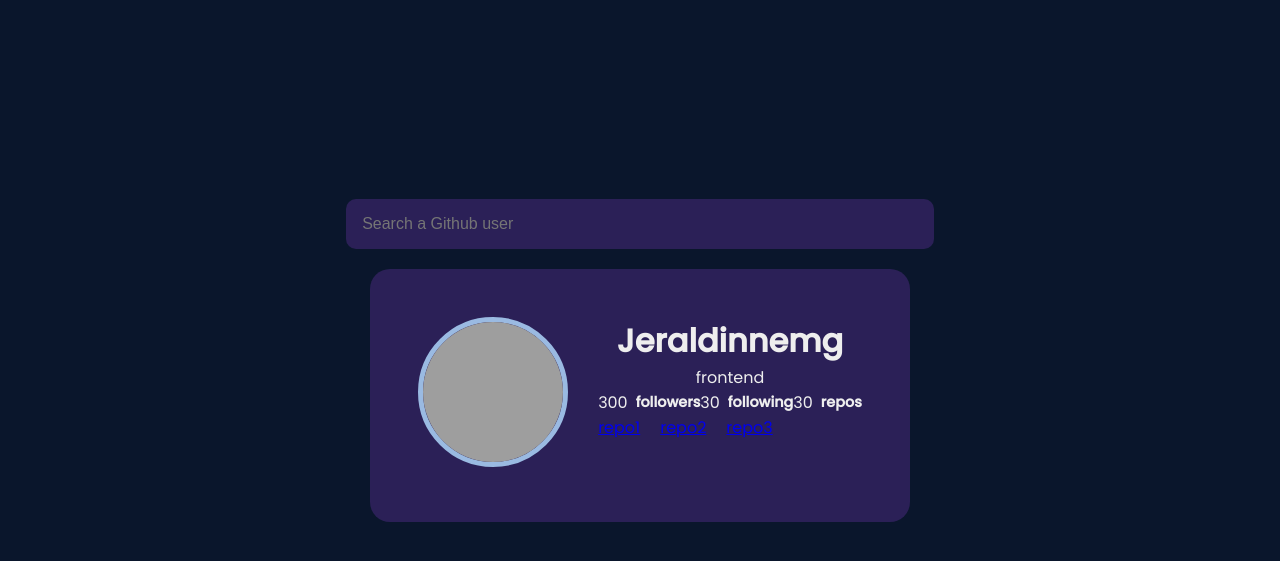
Repository: jeraldinnemg/githubprofile
Page: index.html
An editor plug-in stored every save of this project. The page is shown before and after the next save, followed by the edit.
The browser window is 1280 px wide. The pictures show the whole page.
Pictures or frames that could not be fetched are drawn as grey boxes.

Above is the page before, as saved 2022-09-16 23:48:08.

After the next save:
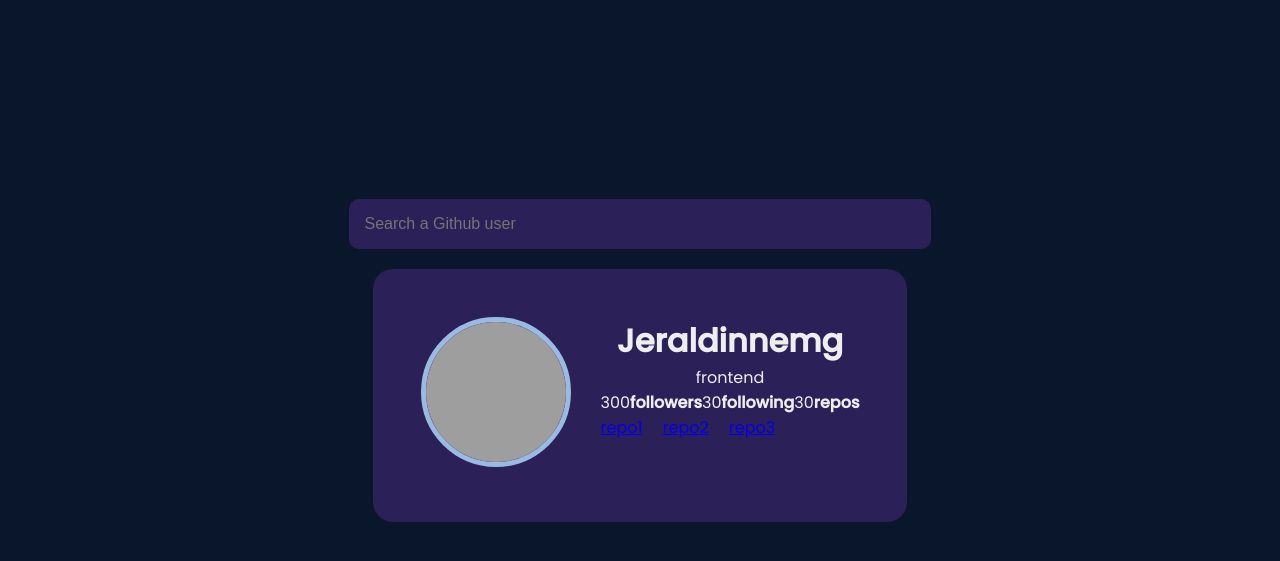
Saved 10 s later.
--- a/style.css
+++ b/style.css
@@ -98,10 +98,7 @@ img {
     align-items: center;
 }
 
-.profile-content ul li strong {
-    font-size: 0.9rem;
-    margin-left: 0.5rem
-}
+
 
 .user-repos{
     display: flex;
